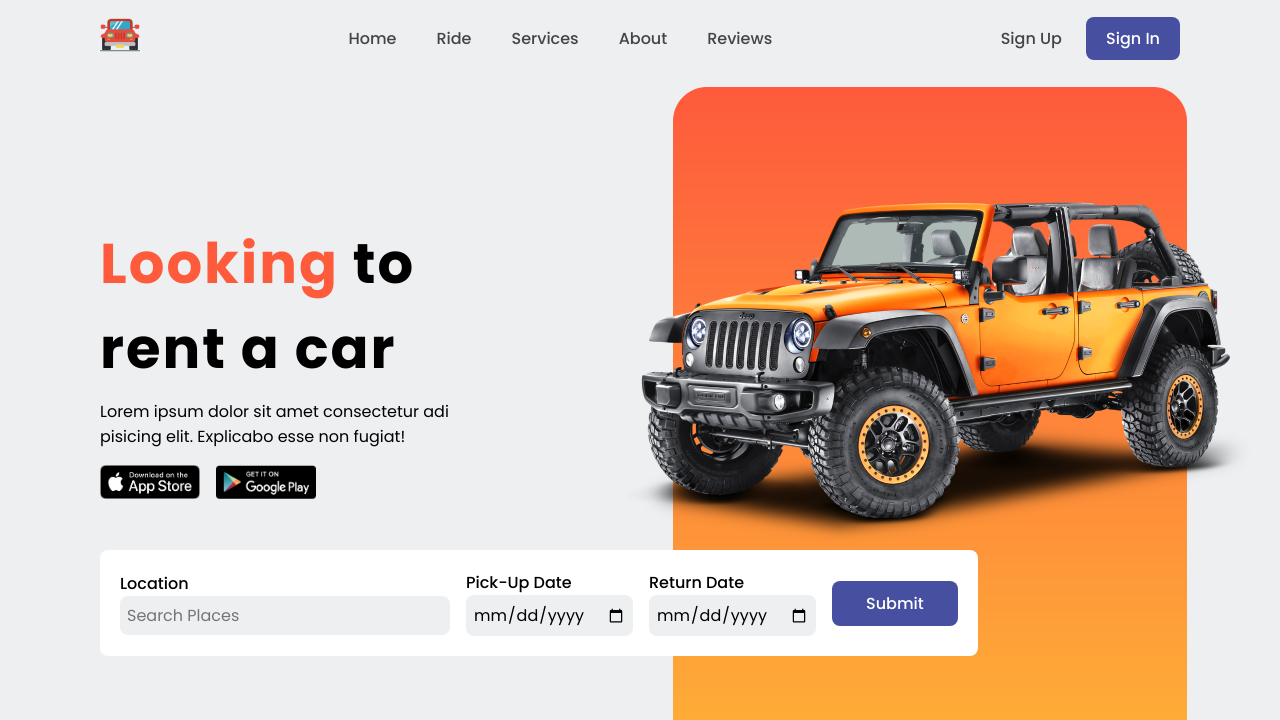
Repository: douglasabnovato/car-rental
Page: index.html
An editor plug-in stored every save of this project. The page is shown before and after a run of saves, followed by the edit.
The browser window is 1280 px wide. The pictures show the whole page.
The pointer rests on the first visible `.form-container form .btn`.

Above is the page before, as saved 2025-05-16 12:50:48.

After the next 2 saves:
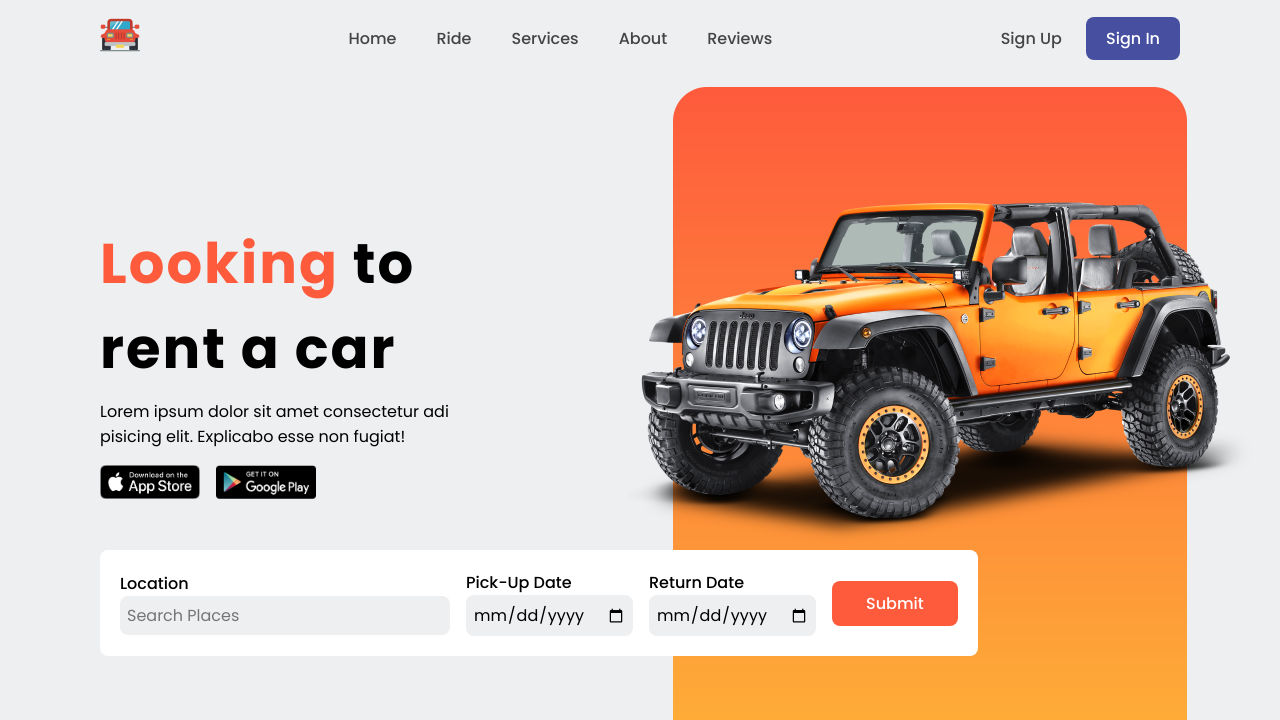
The 2 saves are shown as one change because they came seconds apart.
The last was saved 31 s later.
--- a/style.css
+++ b/style.css
@@ -188,5 +188,5 @@ header {
 }
 
 .form-container form .btn:hover {
-
+  background: var(--main-color);
 }
